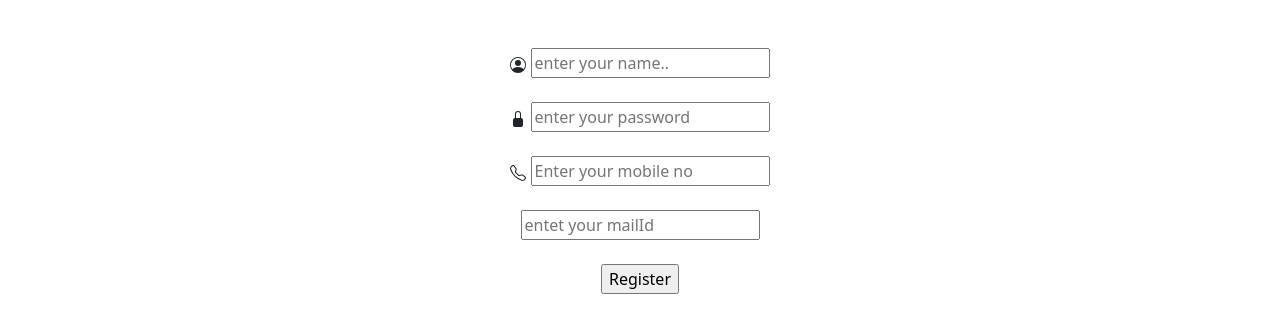
Repository: bpgujjari/Java-Logics
Page: conditional and looping programs/RathanSir/Project-K/src/main/webapp/regstration.html
These files come from the project's save history. The page is drawn as it stood at one moment and after the next save; the edit follows.
The browser window is 1280 px wide. The pictures show the whole page.

Above is the page before, as saved 2023-03-12 12:22:19.

### conditional and looping programs/RathanSir/Project-K/src/main/webapp/regstration.html
<!DOCTYPE html>
<html>
<head>
<meta charset="ISO-8859-1">
<title>Insert title here</title>
<link href="https://cdn.jsdelivr.net/npm/bootstrap@5.3.0-alpha1/dist/css/bootstrap.min.css" rel="stylesheet" integrity="sha384-GLhlTQ8iRABdZLl6O3oVMWSktQOp6b7In1Zl3/Jr59b6EGGoI1aFkw7cmDA6j6gD" crossorigin="anonymous">
<script src="https://cdn.jsdelivr.net/npm/bootstrap@5.3.0-alpha1/dist/js/bootstrap.bundle.min.js" integrity="sha384-w76AqPfDkMBDXo30jS1Sgez6pr3x5MlQ1ZAGC+nuZB+EYdgRZgiwxhTBTkF7CXvN" crossorigin="anonymous"></script>
</head>
<body bgcolor="pink" style="text-align: center;" >
<form method="post" action="RegServlet" ><br><br>
<svg xmlns="http://www.w3.org/2000/svg" width="16" height="16" fill="currentColor" class="bi bi-person-circle" viewBox="0 0 16 16">
  <path d="M11 6a3 3 0 1 1-6 0 3 3 0 0 1 6 0z"/>
  <path fill-rule="evenodd" d="M0 8a8 8 0 1 1 16 0A8 8 0 0 1 0 8zm8-7a7 7 0 0 0-5.468 11.37C3.242 11.226 4.805 10 8 10s4.757 1.225 5.468 2.37A7 7 0 0 0 8 1z"/>
</svg>
<input type="text" name="name" placeholder="enter your name.."><br><br>
<svg xmlns="http://www.w3.org/2000/svg" width="16" height="16" fill="currentColor" class="bi bi-lock-fill" viewBox="0 0 16 16">
  <path d="M8 1a2 2 0 0 1 2 2v4H6V3a2 2 0 0 1 2-2zm3 6V3a3 3 0 0 0-6 0v4a2 2 0 0 0-2 2v5a2 2 0 0 0 2 2h6a2 2 0 0 0 2-2V9a2 2 0 0 0-2-2z"/>
</svg>
<input type="password" name="password" placeholder="enter your password"><br><br>
<svg xmlns="http://www.w3.org/2000/svg" width="16" height="16" fill="currentColor" class="bi bi-telephone" viewBox="0 0 16 16">
  <path d="M3.654 1.328a.678.678 0 0 0-1.015-.063L1.605 2.3c-.483.484-.661 1.169-.45 1.77a17.568 17.568 0 0 0 4.168 6.608 17.569 17.569 0 0 0 6.608 4.168c.601.211 1.286.033 1.77-.45l1.034-1.034a.678.678 0 0 0-.063-1.015l-2.307-1.794a.678.678 0 0 0-.58-.122l-2.19.547a1.745 1.745 0 0 1-1.657-.459L5.482 8.062a1.745 1.745 0 0 1-.46-1.657l.548-2.19a.678.678 0 0 0-.122-.58L3.654 1.328zM1.884.511a1.745 1.745 0 0 1 2.612.163L6.29 2.98c.329.423.445.974.315 1.494l-.547 2.19a.678.678 0 0 0 .178.643l2.457 2.457a.678.678 0 0 0 .644.178l2.189-.547a1.745 1.745 0 0 1 1.494.315l2.306 1.794c.829.645.905 1.87.163 2.611l-1.034 1.034c-.74.74-1.846 1.065-2.877.702a18.634 18.634 0 0 1-7.01-4.42 18.634 18.634 0 0 1-4.42-7.009c-.362-1.03-.037-2.137.703-2.877L1.885.511z"/>
</svg>
<input type="number" name="number" placeholder="Enter your mobile no"><br><br>
<input type="email" name="email" placeholder="entet your mailId"><br><br>
<input type="submit" value="Register">
</form>
</body>
</html>

After the next save:
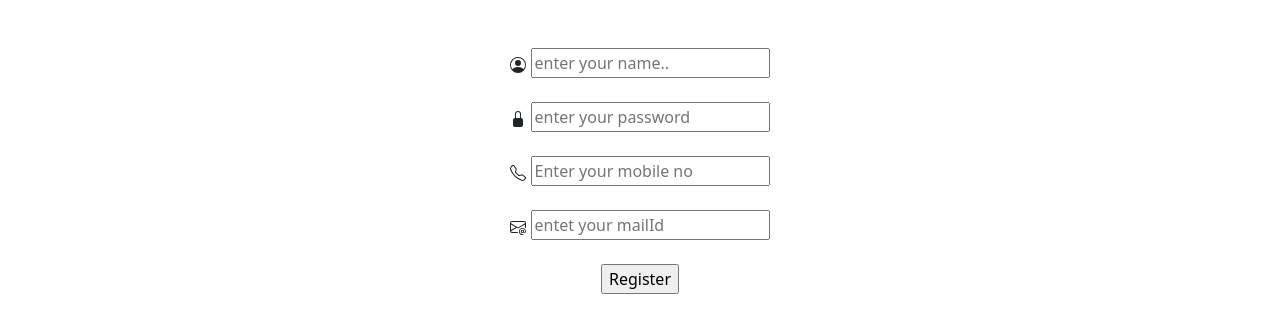
Saved 87 s later.
--- a/conditional and looping programs/RathanSir/Project-K/src/main/webapp/regstration.html
+++ b/conditional and looping programs/RathanSir/Project-K/src/main/webapp/regstration.html
@@ -21,6 +21,10 @@
   <path d="M3.654 1.328a.678.678 0 0 0-1.015-.063L1.605 2.3c-.483.484-.661 1.169-.45 1.77a17.568 17.568 0 0 0 4.168 6.608 17.569 17.569 0 0 0 6.608 4.168c.601.211 1.286.033 1.77-.45l1.034-1.034a.678.678 0 0 0-.063-1.015l-2.307-1.794a.678.678 0 0 0-.58-.122l-2.19.547a1.745 1.745 0 0 1-1.657-.459L5.482 8.062a1.745 1.745 0 0 1-.46-1.657l.548-2.19a.678.678 0 0 0-.122-.58L3.654 1.328zM1.884.511a1.745 1.745 0 0 1 2.612.163L6.29 2.98c.329.423.445.974.315 1.494l-.547 2.19a.678.678 0 0 0 .178.643l2.457 2.457a.678.678 0 0 0 .644.178l2.189-.547a1.745 1.745 0 0 1 1.494.315l2.306 1.794c.829.645.905 1.87.163 2.611l-1.034 1.034c-.74.74-1.846 1.065-2.877.702a18.634 18.634 0 0 1-7.01-4.42 18.634 18.634 0 0 1-4.42-7.009c-.362-1.03-.037-2.137.703-2.877L1.885.511z"/>
 </svg>
 <input type="number" name="number" placeholder="Enter your mobile no"><br><br>
+<svg xmlns="http://www.w3.org/2000/svg" width="16" height="16" fill="currentColor" class="bi bi-envelope-at" viewBox="0 0 16 16">
+  <path d="M2 2a2 2 0 0 0-2 2v8.01A2 2 0 0 0 2 14h5.5a.5.5 0 0 0 0-1H2a1 1 0 0 1-.966-.741l5.64-3.471L8 9.583l7-4.2V8.5a.5.5 0 0 0 1 0V4a2 2 0 0 0-2-2H2Zm3.708 6.208L1 11.105V5.383l4.708 2.825ZM1 4.217V4a1 1 0 0 1 1-1h12a1 1 0 0 1 1 1v.217l-7 4.2-7-4.2Z"/>
+  <path d="M14.247 14.269c1.01 0 1.587-.857 1.587-2.025v-.21C15.834 10.43 14.64 9 12.52 9h-.035C10.42 9 9 10.36 9 12.432v.214C9 14.82 10.438 16 12.358 16h.044c.594 0 1.018-.074 1.237-.175v-.73c-.245.11-.673.18-1.18.18h-.044c-1.334 0-2.571-.788-2.571-2.655v-.157c0-1.657 1.058-2.724 2.64-2.724h.04c1.535 0 2.484 1.05 2.484 2.326v.118c0 .975-.324 1.39-.639 1.39-.232 0-.41-.148-.41-.42v-2.19h-.906v.569h-.03c-.084-.298-.368-.63-.954-.63-.778 0-1.259.555-1.259 1.4v.528c0 .892.49 1.434 1.26 1.434.471 0 .896-.227 1.014-.643h.043c.118.42.617.648 1.12.648Zm-2.453-1.588v-.227c0-.546.227-.791.573-.791.297 0 .572.192.572.708v.367c0 .573-.253.744-.564.744-.354 0-.581-.215-.581-.8Z"/>
+</svg>
 <input type="email" name="email" placeholder="entet your mailId"><br><br>
 <input type="submit" value="Register">
 </form>
